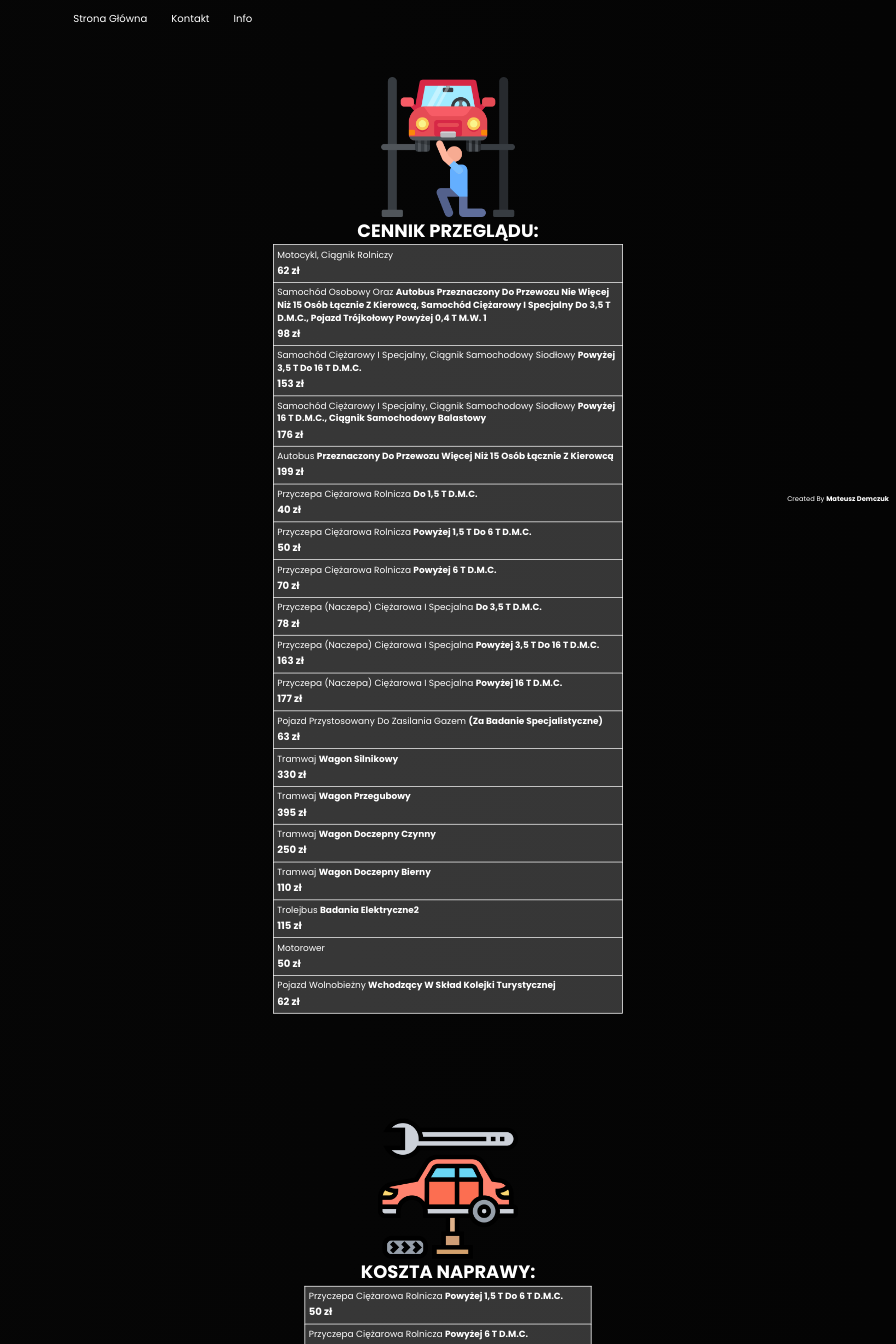
Repository: carsbrike/IwoCarsNew
Page: info.html
An editor plug-in stored every save of this project. The page is shown before and after the next save, followed by the edit.
The browser window is 1280 px wide. The pictures show the part of the page from y = 0 to 1920 px (the page is 3850 px tall), at 70% of full size.

Above is the page before, as saved 2024-05-20 15:25:36.
Console error: TypeError: Cannot set properties of null (setting 'onclick')
Not found: file/css/dist/file/img/pexels-pixabay-220182.jpg

After the next save:
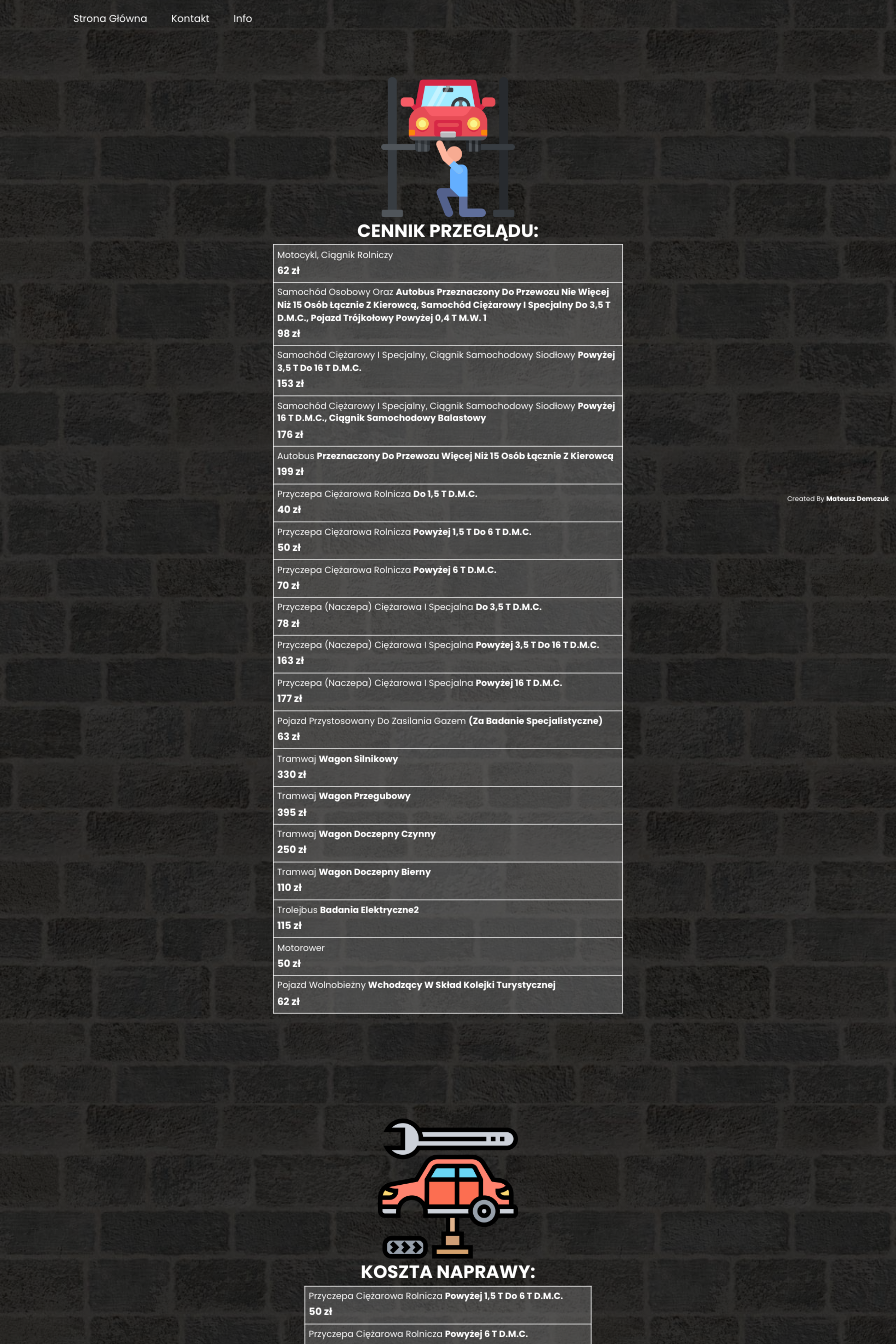
Saved 72 s later.
--- a/file/css/dist/style.css
+++ b/file/css/dist/style.css
@@ -373,7 +373,7 @@ body .info {
   margin-top: -50px;
   height: 4300px;
   overflow: hidden;
-  background: linear-gradient(to right, rgba(7, 7, 7, 0.805), rgba(5, 5, 5, 0.797)), url(file/img/pexels-pixabay-220182.jpg);
+  background: linear-gradient(to right, rgba(7, 7, 7, 0.805), rgba(5, 5, 5, 0.797)), url(/file/img/pexels-pixabay-220182.jpg);
   background-repeat: repeat;
   background-position: center;
   display: flex;
